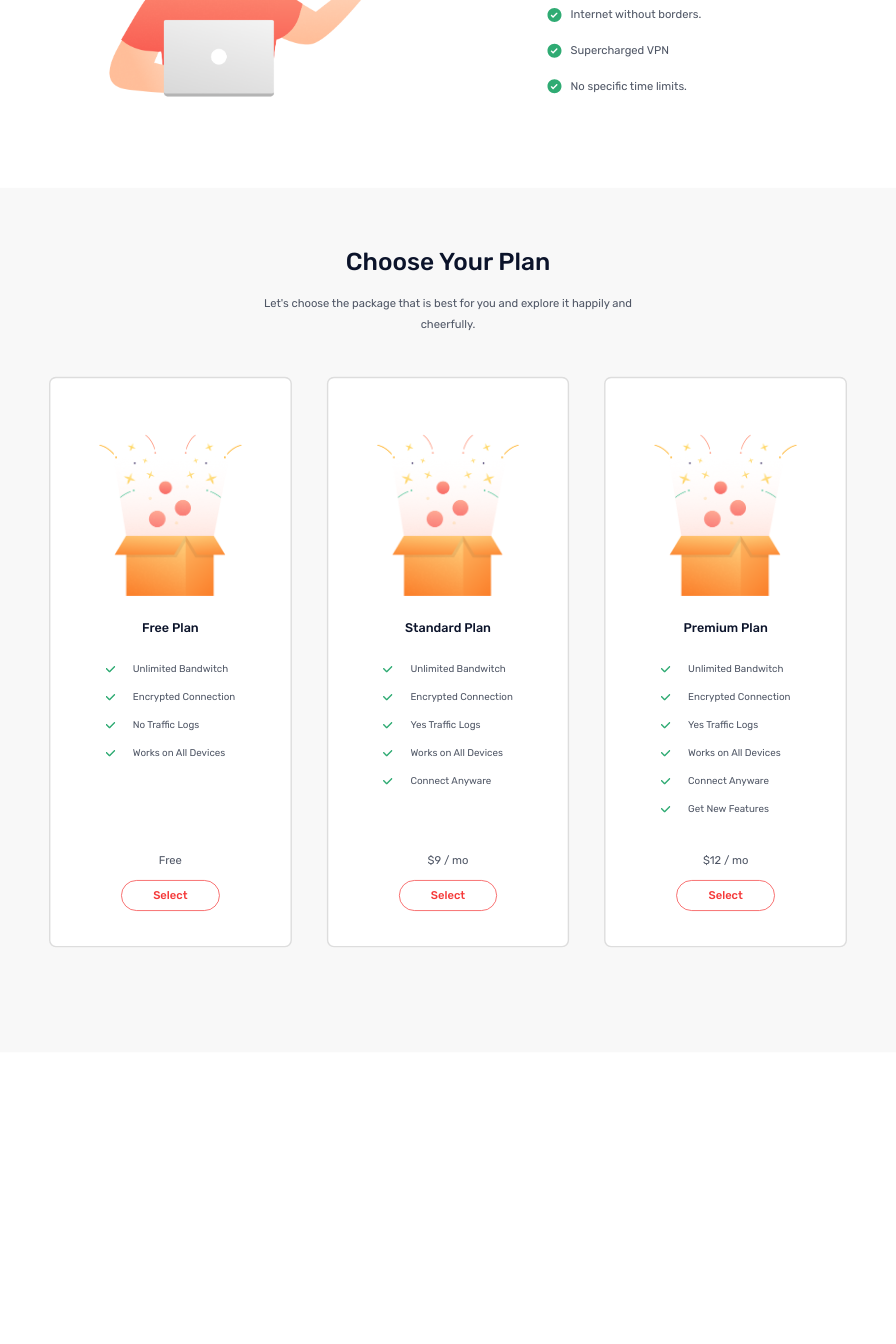
Repository: dangpham205/LaslesVPN-Landing-Page
Page: index.html
The author's editor kept a copy of each file at every save. The page is drawn from the files as they stood at one save, then again after the next save.
The browser window is 1280 px wide. The pictures show the part of the page from y = 1186 to 3106 px (the page is 3359 px tall), at 70% of full size.

Above is the page before, as saved 2022-07-20 15:04:58.

### index.html
<!DOCTYPE html>
<html lang="en">
<head>
    <meta charset="UTF-8">
    <meta http-equiv="X-UA-Compatible" content="IE=edge">
    <meta name="viewport" content="width=device-width, initial-scale=1.0">
    <title>Lasles</title>
    <link rel="preconnect" href="https://fonts.googleapis.com" />
    <link rel="preconnect" href="https://fonts.gstatic.com" crossorigin />
    <link
      href="https://fonts.googleapis.com/css2?family=Rubik:wght@400;500;700&display=swap"
      rel="stylesheet"
    />
    <link rel="stylesheet" href="./assets/css/style.css">
</head>
<body>
    <div class="wrapper">

        <!-- Menu -->
        <header class="menu">
            <div class="container">
                <div class="menu__container">
                    <img srcset="./assets/img/logo.png 2x" alt="" class="menu__logo" />
                    <div class="menu__list">
                        <div class="menu__item">
                            <a href="" class="menu__item-link">About</a>
                        </div>
                        <div class="menu__item">
                            <a href="" class="menu__item-link">Features</a>
                        </div>
                        <div class="menu__item">
                            <a href="" class="menu__item-link">Pricing</a>
                        </div>
                        <div class="menu__item">
                            <a href="" class="menu__item-link">Testimonials</a>
                        </div>
                        <div class="menu__item">
                            <a href="" class="menu__item-link">Help</a>
                        </div>
                    </div>
                    <div class="menu__buttons">
                        <a href="" class="menu__button--sign-in">Sign In</a>
                        <a href="" class="button button--outline menu__button--sign-up">Sign Up</a>
                    </div>
                </div>
            </div>
        </header>

        <main>
            <!-- hero -->
            <section class="hero">
                <div class="container">
                    <div class="hero__container">
                        <div class="hero__content">
                            <h1 class="hero__title">Want anything to be easy with <strong>LaslesVPN</strong>.</h1>
                            <p class="hero__desc text">Provide a network for all your needs with ease and fun using LaslesVPN discover interesting features from us.</p>
                            <a href="" class="button button--primary button--rounded button--shadow">Get Started</a>
                        </div>
                        <div class="hero__image">
                            <img srcset="./assets/img/hero.png 2x" alt="">
                        </div>
                    </div>
                </div>
            </section>


            <!-- info -->
            <section class="info">
                <div class="container">
                    <div class="info__container">
                        <div class="info__item">
                            <div class="info__item-image">
                                <img src="" alt="" srcset="./assets/img/user.png 2x">
                            </div>
                            <div class="info__item-text">
                                <h3 class="info__item-title">90+</h3>
                                <p class="info__item-desc">Users</p>
                            </div>
                        </div>
                        <div class="info__item">
                            <div class="info__item-image">
                                <img src="" alt="" srcset="./assets/img/location.png 2x">
                            </div>
                            <div class="info__item-text">
                                <h3 class="info__item-title">30+</h3>
                                <p class="info__item-desc">Locations</p>
                            </div>
                        </div>
                        <div class="info__item">
                            <div class="info__item-image">
                                <img src="" alt="" srcset="./assets/img/Server.png 2x">
                            </div>
                            <div class="info__item-text">
                                <h3 class="info__item-title">50+</h3>
                                <p class="info__item-desc">Servers</p>
                            </div>
                        </div>
                    </div>
                </div>
            </section>

            <!-- feature -->
            <section class="feature">
                <div class="container">
                    <div class="feature__container">
                        <div class="feature__image">
                            <img src="" alt="" srcset="./assets/img/feature.png 2x">
                        </div>
                        <div class="feature__content">
                            <h3 class="feature__title heading">We Provide Many Features You Can Use</h3>
                            <p class="feature__desc text">You can explore the features that we provide with fun and have their own functions each feature.

                            </p>
                            <ul class="feature__list">
                                <li class="feature__item">
                                    <img src="./assets/img/ic-check.svg" alt="" class="feature__item-icon">
                                    <span class="feature__item-text">Powerfull online protection.</span>
                                </li>
                                <li class="feature__item">
                                    <img src="./assets/img/ic-check.svg" alt="" class="feature__item-icon">
                                    <span class="feature__item-text">Internet without borders.</span>
                                </li>
                                <li class="feature__item">
                                    <img src="./assets/img/ic-check.svg" alt="" class="feature__item-icon">
                                    <span class="feature__item-text">Supercharged VPN</span>
                                </li>
                                <li class="feature__item">
                                    <img src="./assets/img/ic-check.svg" alt="" class="feature__item-icon">
                                    <span class="feature__item-text">No specific time limits.</span>
                                </li>
                            </ul>
                        </div>

                    </div>
                </div>
            </section>

            <section class="plan">
                <div class="container">
                    <div class="plan__container">
                        <div class="plan__header">
                            <h3 class="plan__title heading">Choose Your Plan</h3>
                            <p class="plan__desc text">Let's choose the package that is best for you and explore it happily and cheerfully.</p>
                        </div>
                        <div class="plan__list">
                            <div class="plan__item">
                                <div class="plan__item-image">
                                    <img src="" alt="" srcset="./assets/img/plan.png">
                                </div>
                                <h4 class="plan__item-title heading-small">Free Plan</h4>
                                <ul class="plan__item-details">
                                    <li class="plan__item-detail">
                                        <img src="./assets/img/ic-check-line.svg" alt="">
                                        <span class="plan__item-desc">Unlimited Bandwitch</span>
                                    </li>
                                    <li class="plan__item-detail">
                                        <img src="./assets/img/ic-check-line.svg" alt="">
                                        <span class="plan__item-desc">Encrypted Connection</span>
                                    </li>
                                    <li class="plan__item-detail">
                                        <img src="./assets/img/ic-check-line.svg" alt="">
                                        <span class="plan__item-desc">No Traffic Logs</span>
                                    </li>
                                    <li class="plan__item-detail">
                                        <img src="./assets/img/ic-check-line.svg" alt="">
                                        <span class="plan__item-desc">Works on All Devices</span>
                                    </li>
                                </ul>
                                <div class="plan__item-price">Free</div>
                                <a href="" class="plan__item-btn button button--outline">Select</a>
                            </div>
                            <div class="plan__item">
                                <div class="plan__item-image">
                                    <img src="" alt="" srcset="./assets/img/plan.png">
                                </div>
                                <h4 class="plan__item-title heading-small">Standard Plan</h4>
                                <ul class="plan__item-details">
                                    <li class="plan__item-detail">
                                        <img src="./assets/img/ic-check-line.svg" alt="">
                                        <span class="plan__item-desc">Unlimited Bandwitch</span>
                                    </li>
                                    <li class="plan__item-detail">
                                        <img src="./assets/img/ic-check-line.svg" alt="">
                                        <span class="plan__item-desc">Encrypted Connection</span>
                                    </li>
                                    <li class="plan__item-detail">
                                        <img src="./assets/img/ic-check-line.svg" alt="">
                                        <span class="plan__item-desc">Yes Traffic Logs</span>
                                    </li>
                                    <li class="plan__item-detail">
                                        <img src="./assets/img/ic-check-line.svg" alt="">
                                        <span class="plan__item-desc">Works on All Devices</span>
                                    </li>
                                    <li class="plan__item-detail">
                                        <img src="./assets/img/ic-check-line.svg" alt="">
                                        <span class="plan__item-desc">Connect Anyware</span>
                                    </li>
                                </ul>
                                <div class="plan__item-price">$9 / mo</div>
                                <a href="" class="plan__item-btn button button--outline">Select</a>
                            </div>
                            <div class="plan__item">
                                <div class="plan__item-image">
                                    <img src="" alt="" srcset="./assets/img/plan.png">
                                </div>
                                <h4 class="plan__item-title heading-small">Premium Plan</h4>
                                <ul class="plan__item-details">
                                    <li class="plan__item-detail">
                                        <img src="./assets/img/ic-check-line.svg" alt="">
                                        <span class="plan__item-desc">Unlimited Bandwitch</span>
                                    </li>
                                    <li class="plan__item-detail">
                                        <img src="./assets/img/ic-check-line.svg" alt="">
                                        <span class="plan__item-desc">Encrypted Connection</span>
                                    </li>
                                    <li class="plan__item-detail">
                                        <img src="./assets/img/ic-check-line.svg" alt="">
                                        <span class="plan__item-desc">Yes Traffic Logs</span>
                                    </li>
                                    <li class="plan__item-detail">
                                        <img src="./assets/img/ic-check-line.svg" alt="">
                                        <span class="plan__item-desc">Works on All Devices</span>
                                    </li>
                                    <li class="plan__item-detail">
                                        <img src="./assets/img/ic-check-line.svg" alt="">
                                        <span class="plan__item-desc">Connect Anyware</span>
                                    </li>
                                    <li class="plan__item-detail">
                                        <img src="./assets/img/ic-check-line.svg" alt="">
                                        <span class="plan__item-desc">Get New Features</span>
                                    </li>
                                </ul>
                                <div class="plan__item-price">$12 / mo</div>
                                <a href="" class="plan__item-btn button button--outline">Select</a>
                            </div>
                        </div>
                    </div>
                </div>
            </section>

            <div class="container" style="height: 500px;"></div>
        </main>


        <footer>

        </footer>

    </div>
</body>
</html>

Loaded but not shown: assets/css/style.css (583 lines, source omitted)

After the next save:
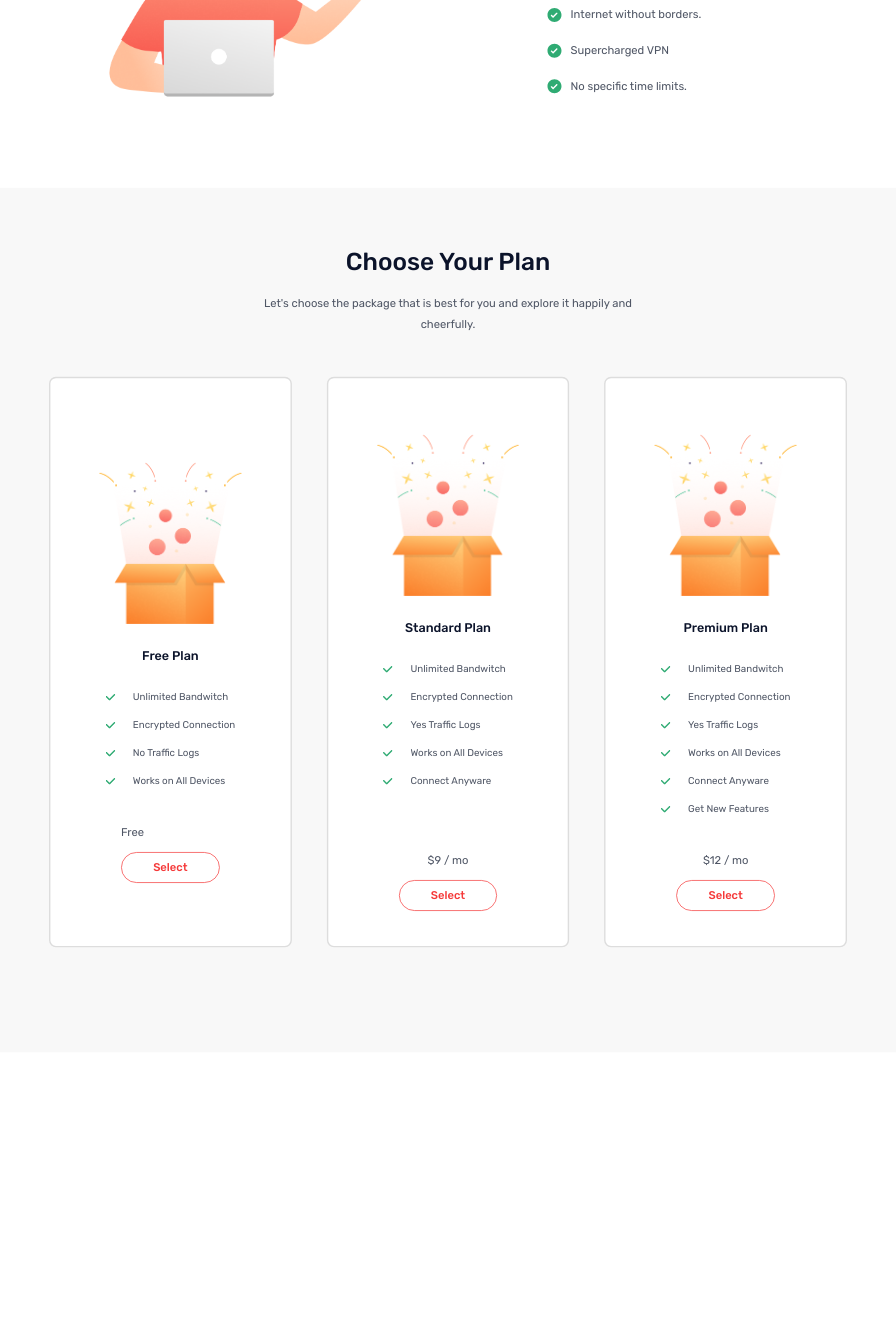
Saved 62 s later.
--- a/index.html
+++ b/index.html
@@ -166,8 +166,10 @@
                                         <span class="plan__item-desc">Works on All Devices</span>
                                     </li>
                                 </ul>
-                                <div class="plan__item-price">Free</div>
-                                <a href="" class="plan__item-btn button button--outline">Select</a>
+                                <div class="item__footer">
+                                    <div class="plan__item-price">Free</div>
+                                    <a href="" class="plan__item-btn button button--outline">Select</a>
+                                </div>
                             </div>
                             <div class="plan__item">
                                 <div class="plan__item-image">

After the save that followed:
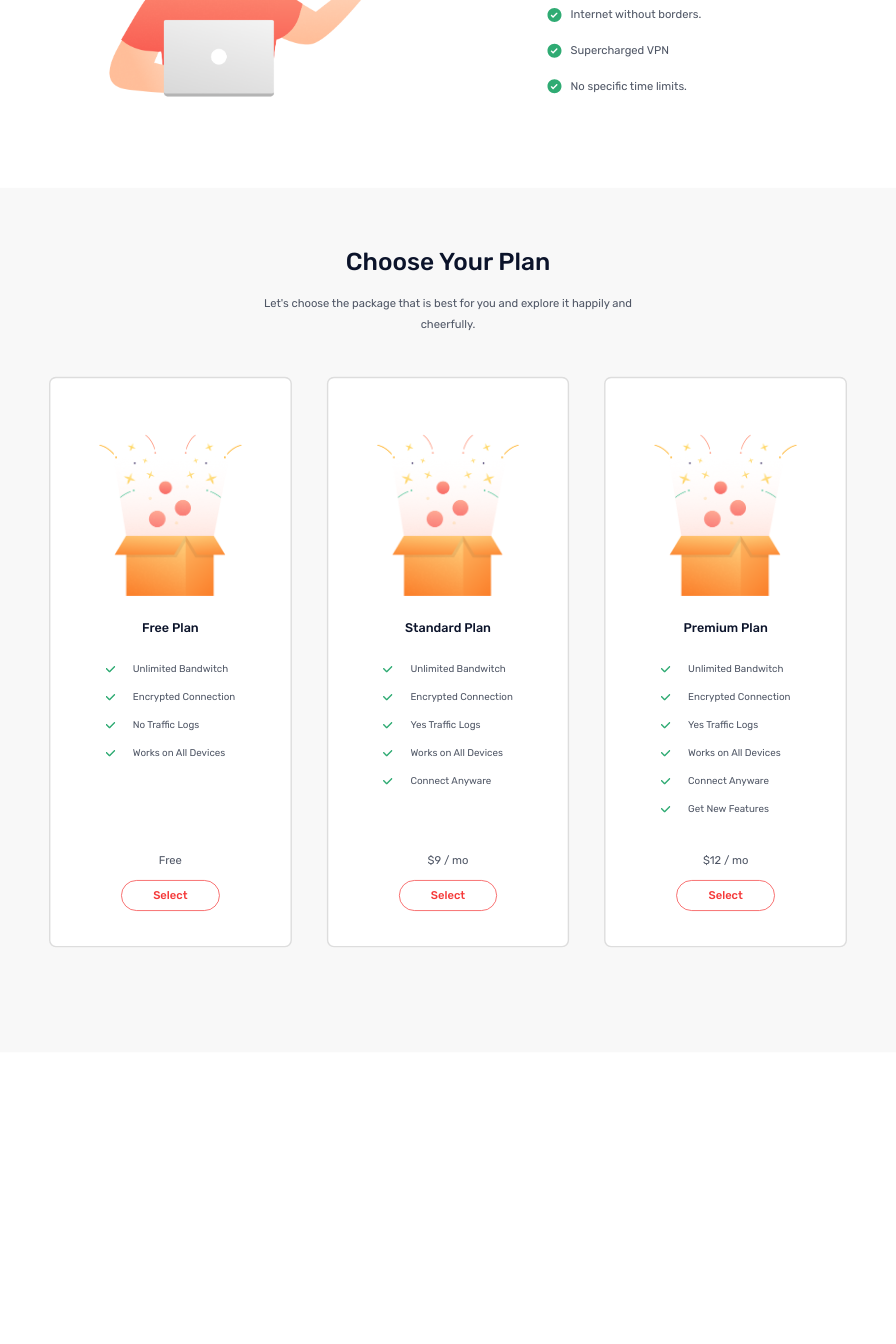
Saved 3 min 21 s later.
--- a/index.html
+++ b/index.html
@@ -166,10 +166,8 @@
                                         <span class="plan__item-desc">Works on All Devices</span>
                                     </li>
                                 </ul>
-                                <div class="item__footer">
-                                    <div class="plan__item-price">Free</div>
-                                    <a href="" class="plan__item-btn button button--outline">Select</a>
-                                </div>
+                                <div class="plan__item-price">Free</div>
+                                <a href="" class="plan__item-btn button button--outline">Select</a>
                             </div>
                             <div class="plan__item">
                                 <div class="plan__item-image">
